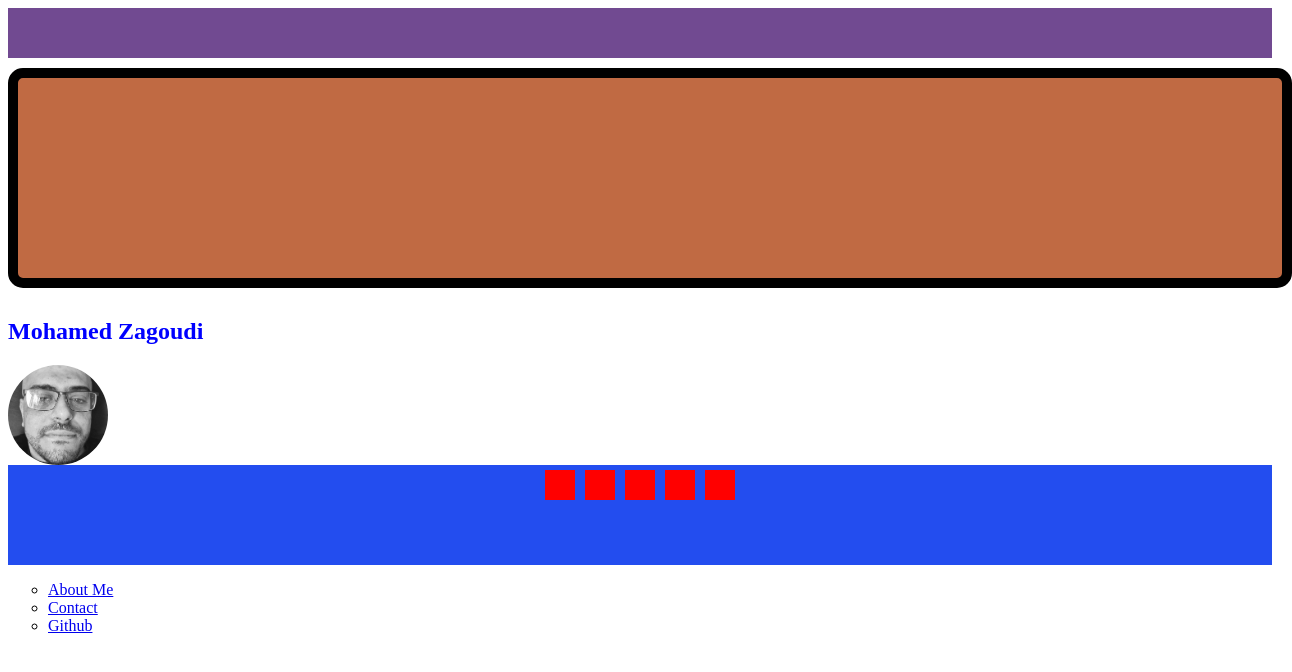
Repository: Mohzagou/Eersteportofolio
Page: index.html
An editor plug-in stored every save of this project. The page is shown before and after the next save, followed by the edit.
The browser window is 1280 px wide. The page is 1292 px wide, then 1280 px, so the pictures cover 1292 px, including what lies to the right of the window. The pictures show the whole page.

Above is the page before, as saved 2022-06-07 19:58:21.

### index.html
<!DOCTYPE html>


<head>
    <link rel="stylesheet" href="styles.css" />
    <meta charset="UTF-8">

    <title>Document</title>
</head>

<body>

    <header></header>
    <div class="about-me"></div>
    <h2 id="name">Mohamed Zagoudi</h2>
    <img class="avatar" src="images/67gwzvy.jpeg" alt="Mohamed Zagoudi headshot " />
    <div>
        <section>
            <div class="test"></div>
            <div class="test"></div>
            <div class="test"></div>
            <div class="test"></div>
            <div class="test"></div>
        </section>
        <footer>
            <ul style="list-style-type: circle ">
                <li><a href=" ">About Me</a></li>
                <li><a href=" ">Contact</a></li>
                <li><a href="https://github.com/Mohzagou ">Github</a></li>

            </ul>

        </footer>



</body>



</html>

### styles.css
body {
    display: flex;
    flex-direction: column;
}

header {
    width: 100%;
    height: 50px;
    background-color: rgb(113, 74, 145);
}

section {
    width: 100%;
    height: 100px;
    background-color: #234def;
    display: flex;
    justify-content: center;
}

.about-me {
    width: 100%;
    height: 200px;
    background-color: rgb(177, 69, 21, 0.8);
    margin: 10px 0 10px 0;
    border: solid black 10px;
    border-radius: 15px;
}

.avatar {
    width: 100px;
    border-radius: 50px;
}

#name {
    color: blue;
}

.test {
    width: 30px;
    height: 30px;
    background-color: red;
    margin: 5px;
}

After the next save:
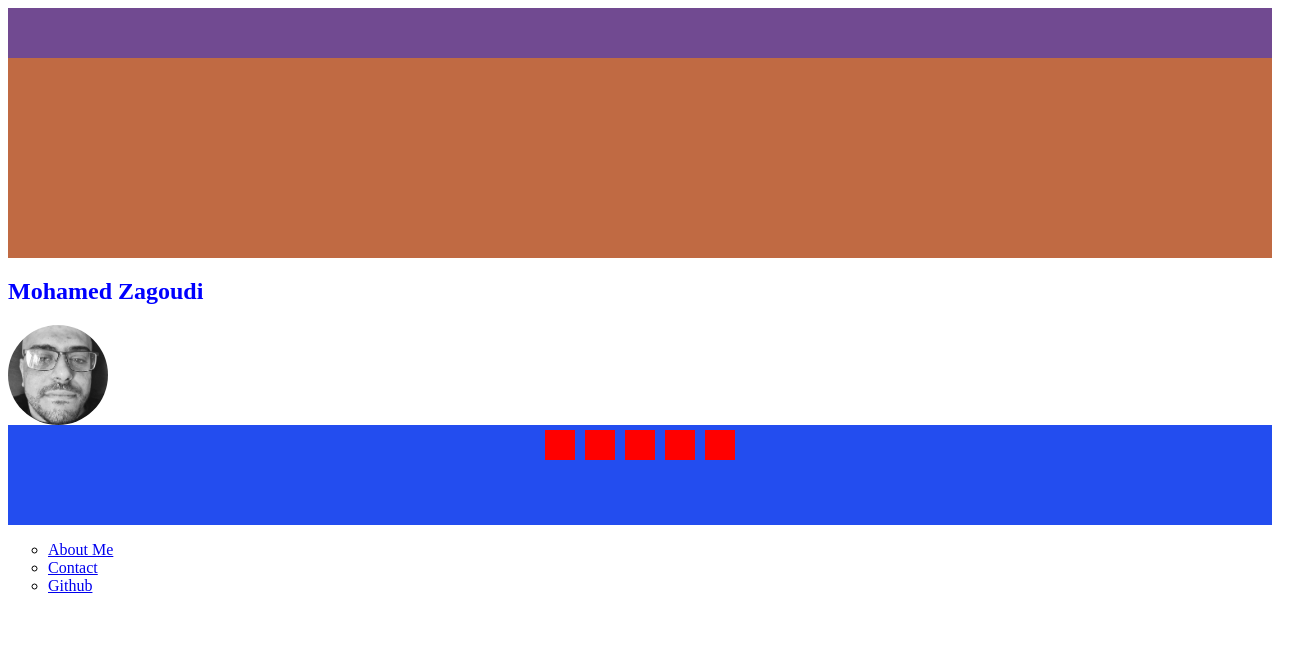
Saved 54 s later.
--- a/styles.css
+++ b/styles.css
@@ -21,9 +21,9 @@ section {
     width: 100%;
     height: 200px;
     background-color: rgb(177, 69, 21, 0.8);
-    margin: 10px 0 10px 0;
+    /*margin: 10px 0 10px 0;
     border: solid black 10px;
-    border-radius: 15px;
+    border-radius: 15px;*/
 }
 
 .avatar {
